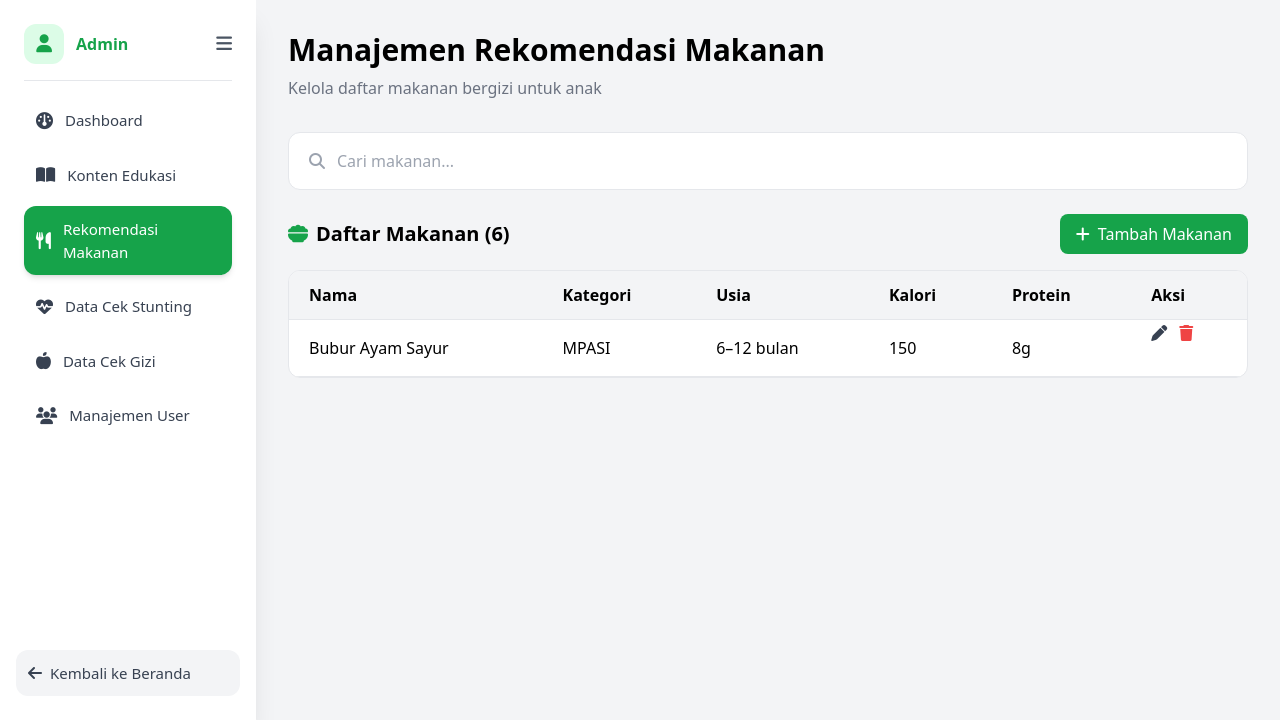
Repository: crashyet/stunting-cerdas
Page: http://localhost/admin/rekomendasi-makanan
The author's editor kept a copy of each file at every save. The page is drawn from the files as they stood at one save, then again after the next save.
The browser window is 1280 px wide. The pictures show the whole page.
Some web libraries are served in a nearby version. The page is served by the project's Laravel application, run on PHP 8.4 with Laravel 12. A made-up administrator, Test User (test@example.com), is signed in. Queries for data that is not in the repository find no rows.

Above is the page before, as saved 2025-12-10 16:51:29.

After the next save:
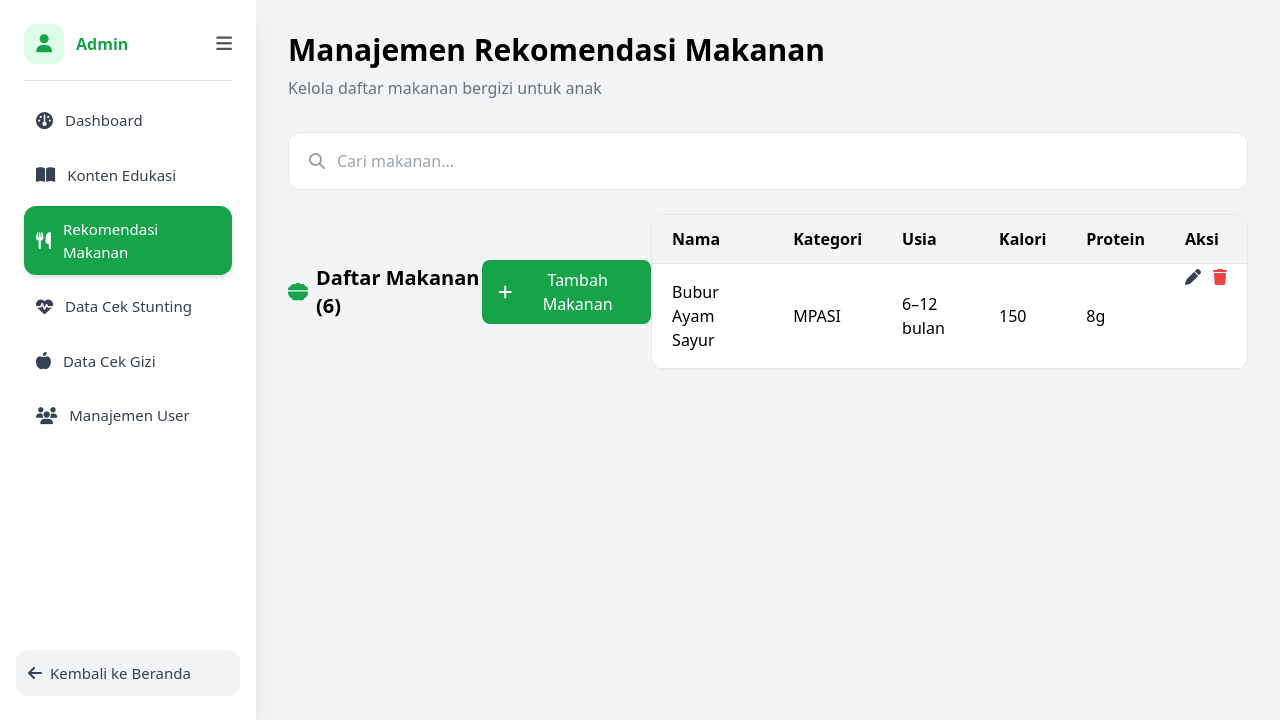
Saved 23 s later.
--- a/resources/views/admin/rekomendasi-makanan.blade.php
+++ b/resources/views/admin/rekomendasi-makanan.blade.php
@@ -31,12 +31,129 @@
 
 
 
+{{-- BUTTON TAMBAH (Trigger Modal) --}}
 <button @click="openModal = true"
-           class="px-4 py-2 bg-green-600 hover:bg-green-700 text-white rounded-lg flex items-center gap-2">
-            <i class="fa-solid fa-plus"></i> Tambah Makanan
-        </a>
-    </div>
+    class="px-4 py-2 bg-green-600 hover:bg-green-700 text-white rounded-lg flex items-center gap-2">
+    <i class="fa-solid fa-plus"></i> Tambah Makanan
 </button>
+
+{{-- MODAL OVERLAY --}}
+<div x-data="{ openModal: false }">
+
+    <template x-if="openModal">
+        <div class="fixed inset-0 z-50 flex items-center justify-center">
+
+            {{-- BACKDROP --}}
+            <div @click="openModal = false"
+                 class="absolute inset-0 bg-black/40 backdrop-blur-sm animate-fadeIn">
+            </div>
+
+            {{-- MODAL CARD --}}
+            <div class="relative bg-white rounded-xl shadow-lg z-50 w-full max-w-2xl p-6 animate-scaleIn">
+
+                {{-- HEADER --}}
+                <div class="flex justify-between items-center mb-3">
+                    <h2 class="text-lg font-semibold">Tambah Makanan Baru</h2>
+                    <button @click="openModal = false" class="text-gray-500 hover:text-black">
+                        <i class="fa-solid fa-xmark text-xl"></i>
+                    </button>
+                </div>
+
+                {{-- FORM --}}
+                <form action="{{ route('admin.rekomendasi.store') }}" method="POST" class="space-y-4">
+                    @csrf
+
+                    {{-- Nama + Kategori --}}
+                    <div class="grid grid-cols-2 gap-4">
+                        <div>
+                            <label class="text-sm font-medium">Nama Makanan</label>
+                            <input name="judul" required
+                                   class="w-full h-10 border rounded-md px-3 focus:ring-2 focus:ring-green-500">
+                        </div>
+                        <div>
+                            <label class="text-sm font-medium">Kategori</label>
+                            <input name="kategori" placeholder="MPASI, Sarapan..." required
+                                   class="w-full h-10 border rounded-md px-3 focus:ring-2 focus:ring-green-500">
+                        </div>
+                    </div>
+
+                    {{-- Usia & porsi --}}
+                    <div class="grid grid-cols-3 gap-4">
+                        <div>
+                            <label class="text-sm font-medium">Rentang Usia</label>
+                            <input name="usia" placeholder="6–12 bulan" required
+                                   class="w-full h-10 border rounded-md px-3 focus:ring-2 focus:ring-green-500">
+                        </div>
+                        <div>
+                            <label class="text-sm font-medium">Kalori</label>
+                            <input type="number" name="kalori" required
+                                   class="w-full h-10 border rounded-md px-3 focus:ring-2 focus:ring-green-500">
+                        </div>
+                        <div>
+                            <label class="text-sm font-medium">Porsi</label>
+                            <input name="porsi" placeholder="100-150 gram" required
+                                   class="w-full h-10 border rounded-md px-3 focus:ring-2 focus:ring-green-500">
+                        </div>
+                    </div>
+
+                    {{-- Nutrisi --}}
+                    <div class="grid grid-cols-3 gap-4">
+                        <div>
+                            <label class="text-sm font-medium">Protein (g)</label>
+                            <input name="protein" required
+                                   class="w-full h-10 border rounded-md px-3 focus:ring-2 focus:ring-green-500">
+                        </div>
+                        <div>
+                            <label class="text-sm font-medium">Karbo (g)</label>
+                            <input name="karbo" required
+                                   class="w-full h-10 border rounded-md px-3 focus:ring-2 focus:ring-green-500">
+                        </div>
+                        <div>
+                            <label class="text-sm font-medium">Lemak (g)</label>
+                            <input name="lemak" required
+                                   class="w-full h-10 border rounded-md px-3 focus:ring-2 focus:ring-green-500">
+                        </div>
+                    </div>
+
+                    {{-- Vitamin --}}
+                    <div>
+                        <label class="text-sm font-medium">Vitamin (pisahkan dengan koma)</label>
+                        <input name="vitamin" placeholder="Vitamin A, C, Zat Besi"
+                               class="w-full h-10 border rounded-md px-3 focus:ring-2 focus:ring-green-500">
+                    </div>
+
+                    {{-- Tips --}}
+                    <div>
+                        <label class="text-sm font-medium">Tips (pisahkan enter)</label>
+                        <textarea name="tips"
+                                  class="w-full border rounded-md px-3 py-2 h-24 focus:ring-2 focus:ring-green-500"></textarea>
+                    </div>
+
+                    {{-- Submit --}}
+                    <button class="w-full bg-green-600 hover:bg-green-700 text-white py-2 rounded-lg font-semibold">
+                        Tambah Makanan
+                    </button>
+
+                </form>
+            </div>
+        </div>
+    </template>
+</div>
+
+{{-- ANIMATION --}}
+<style>
+@keyframes fadeIn {
+    from { opacity: 0; }
+    to   { opacity: 1; }
+}
+@keyframes scaleIn {
+    from { opacity: 0; transform: scale(0.95); }
+    to   { opacity: 1; transform: scale(1); }
+}
+.animate-fadeIn { animation: fadeIn 0.2s ease-out; }
+.animate-scaleIn { animation: scaleIn 0.2s ease-out; }
+</style>
+
 
 
 

After the 4 saves that followed:
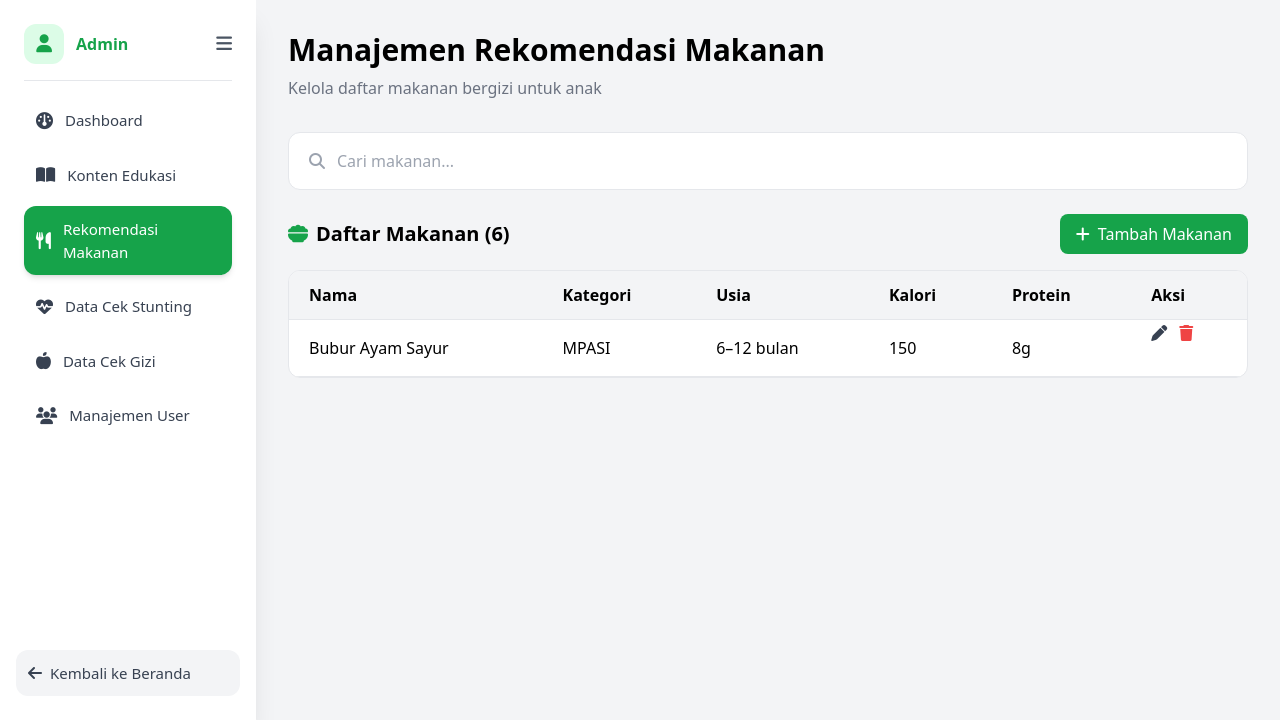
The 4 saves are shown as one change because 3 left the picture as it was.
The last was saved 2 min 4 s later.
--- a/resources/views/admin/rekomendasi-makanan.blade.php
+++ b/resources/views/admin/rekomendasi-makanan.blade.php
@@ -9,7 +9,8 @@
 @section('content')
 <script src="https://cdn.jsdelivr.net/npm/alpinejs@3.x.x/dist/cdn.min.js" defer></script>
 
-<div class="flex flex-col animate-[fadeUp_.5s_ease-out]">
+{{-- WRAPPER ALPINE --}}
+<div x-data="{ openModal: false }" class="flex flex-col animate-[fadeUp_.5s_ease-out]">
 
     {{-- TITLE --}}
     <h1 class="text-3xl font-bold mb-2 animate-[fadeUp_.55s_ease-out]">Manajemen Rekomendasi Makanan</h1>
@@ -29,24 +30,19 @@
             Daftar Makanan (6)
         </h2>
 
+        {{-- BUTTON TAMBAH (Trigger Modal) --}}
+        <button @click="openModal = true"
+            class="px-4 py-2 bg-green-600 hover:bg-green-700 text-white rounded-lg flex items-center gap-2">
+            <i class="fa-solid fa-plus"></i> Tambah Makanan
+        </button>
+    </div>
 
-
-{{-- BUTTON TAMBAH (Trigger Modal) --}}
-<button @click="openModal = true"
-    class="px-4 py-2 bg-green-600 hover:bg-green-700 text-white rounded-lg flex items-center gap-2">
-    <i class="fa-solid fa-plus"></i> Tambah Makanan
-</button>
-
-{{-- MODAL OVERLAY --}}
-<div x-data="{ openModal: false }">
-
+    {{-- MODAL --}}
     <template x-if="openModal">
         <div class="fixed inset-0 z-50 flex items-center justify-center">
 
             {{-- BACKDROP --}}
-            <div @click="openModal = false"
-                 class="absolute inset-0 bg-black/40 backdrop-blur-sm animate-fadeIn">
-            </div>
+            <div @click="openModal = false" class="absolute inset-0 bg-black/40 backdrop-blur-sm animate-fadeIn"></div>
 
             {{-- MODAL CARD --}}
             <div class="relative bg-white rounded-xl shadow-lg z-50 w-full max-w-2xl p-6 animate-scaleIn">
@@ -135,30 +131,10 @@
                     </button>
 
                 </form>
+
             </div>
         </div>
     </template>
-</div>
-
-{{-- ANIMATION --}}
-<style>
-@keyframes fadeIn {
-    from { opacity: 0; }
-    to   { opacity: 1; }
-}
-@keyframes scaleIn {
-    from { opacity: 0; transform: scale(0.95); }
-    to   { opacity: 1; transform: scale(1); }
-}
-.animate-fadeIn { animation: fadeIn 0.2s ease-out; }
-.animate-scaleIn { animation: scaleIn 0.2s ease-out; }
-</style>
-
-
-
-
-
-
 
     {{-- TABEL --}}
     <div class="bg-white border rounded-xl overflow-hidden animate-[fadeUp_.8s_ease-out]">
@@ -175,8 +151,6 @@
             </thead>
 
             <tbody>
-
-                {{-- ROW 1 --}}
                 <tr class="border-b animate-[fadeUp_.85s_ease-out]">
                     <td class="py-4 px-5">Bubur Ayam Sayur</td>
                     <td class="px-5">MPASI</td>
@@ -188,20 +162,19 @@
                         <button class="text-red-500 hover:text-red-700"><i class="fa-solid fa-trash"></i></button>
                     </td>
                 </tr>
+            </tbody>
 
-            </tbody>
         </table>
     </div>
-
 </div>
 
-
-{{-- CUSTOM ANIMATION --}}
+{{-- ANIMATIONS --}}
 <style>
-@keyframes fadeUp {
-    0% { opacity: 0; transform: translateY(12px); }
-    100% { opacity: 1; transform: translateY(0); }
-}
+@keyframes fadeUp { 0% {opacity:0; transform:translateY(12px);} 100% {opacity:1; transform:translateY(0);} }
+@keyframes fadeIn { from {opacity:0;} to {opacity:1;} }
+@keyframes scaleIn { from {opacity:0; transform:scale(0.95);} to {opacity:1; transform:scale(1);} }
+.animate-fadeIn { animation: fadeIn .2s ease-out; }
+.animate-scaleIn { animation: scaleIn .2s ease-out; }
 </style>
 
 @endsection
